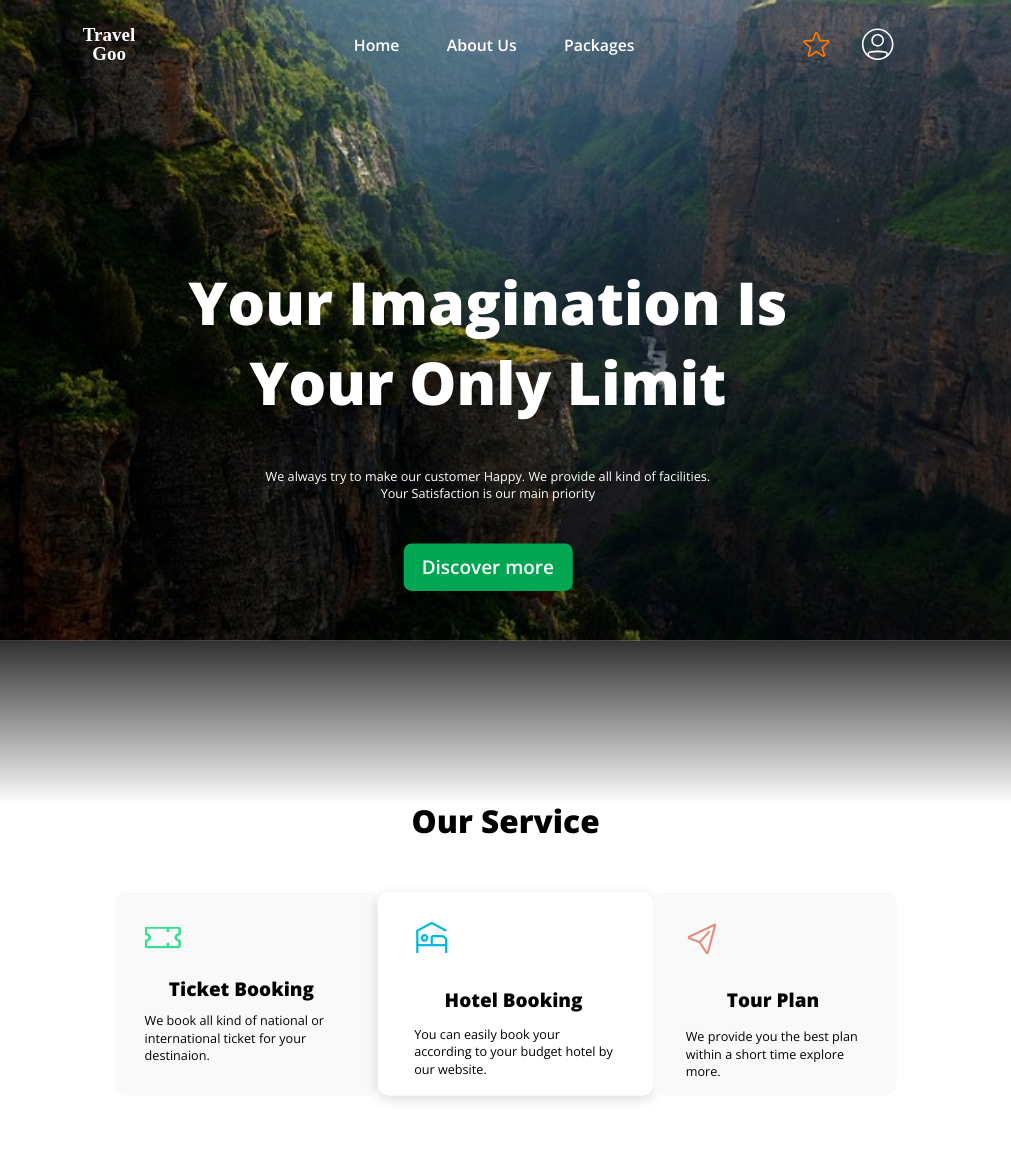
Repository: simralgasimov/back-project
Page: index.html
These files come from the project's save history. The page is drawn as it stood at one moment and after the next save; the edit follows.
The browser window is 1280 px wide. The pictures show the whole page, at 79% of full size.
Some web fonts or font styles are not loaded; a fallback is used.

Above is the page before, as saved 2023-09-27 13:17:52.

### index.html
<!DOCTYPE html>
<html lang="en">
  <head>
    <meta charset="UTF-8" />
    <meta name="viewport" content="width=device-width, initial-scale=1.0" />
    <title>Document</title>
    <link rel="stylesheet" href="./index.css" />
  </head>
  <body>
    <div class="container">
      <div class="navbar">
        <div class="logo">
          Travel
          <div>Goo</div>
        </div>
        <div class="menu">
          <ul>
            <li>Home</li>
            <li>About Us</li>
            <li>Packages</li>
          </ul>
        </div>
        <div class="icon">
          <div class="star">
            <img src="./clarity_favorite-line.svg" alt="" />
          </div>
          <div class="user">
            <img src="./healthicons_ui-user-profile-outline.svg" alt="" />
          </div>
        </div>
      </div>

      <div class="box">
        <h1>Your Imagination Is Your Only Limit</h1>
      </div>

      <div class="text-box">
        <p>
          We always try to make our customer Happy. We provide all kind of
          facilities. Your Satisfaction is our main priority
        </p>
      </div>

      <div class="button"><a href="#">Discover more</a></div>
    </div>

    <div class="container-2">
      <h2>Our Service</h2>
      <div class="services">
        <div class="ticket">
          <img src="./Vector.svg" alt="" />
          <h1>Ticket Booking</h1>
          <p>
            We book all kind of national or international ticket for your
            destinaion.
          </p>
        </div>
        <div class="hotel">
          <img src="./carbon_hotel.svg" alt="" />
          <h1>Hotel Booking</h1>
          <p>
            You can easily book your according to your budget hotel by our
            website.
          </p>
        </div>
        <div class="tour">
          <img src="./cil_paper-plane.svg" alt="" />
          <h1>Tour Plan</h1>
          <p>We provide you the best plan within a short time explore more.</p>
        </div>
      </div>
    </div>
  </body>
</html>

### index.css
@import url("https://fonts.googleapis.com/css2?family=Laila:wght@400;600;700&family=Open+Sans:wght@400;600;800&display=swap");
* {
  padding: 0;
  margin: 0;
  box-sizing: border-box;
}

.container {
  position: relative;
  z-index: 0;
  padding: 32px 145px 63px 100px;
  min-height: 100vh;
  width: auto;
  background-image: url("./canyon-1740973_640.jpg");
  background-repeat: no-repeat;
  background-size: 100% 100%;
}

.container .navbar {
  display: flex;
  justify-content: space-between;
  align-items: center;
  margin: auto;
}

.container .navbar .logo {
  width: 76px;
  color: #fff;
  text-align: center;
  font-family: Laila;
  font-size: 24px;
  font-style: normal;
  font-weight: 700;
  line-height: 102.5%; /* 24.6px */
}

.container .navbar .menu ul {
  list-style-type: none;
  display: flex;
}

.container .navbar .menu ul li {
  color: #fff;
  font-family: Open Sans;
  font-size: 20px;
  font-style: normal;
  font-weight: 600;
  line-height: normal;
  justify-content: space-between;
  margin-left: 60px;
}

.container .navbar .icon {
  display: flex;
  justify-content: space-between;
  align-items: center;
}

.container .navbar .icon .star {
  margin-right: 36px;
  width: 36px;
  height: 36px;
}
.container .navbar .icon .user {
  width: 48px;
  height: 48px;
}

.container .box {
  display: flex;
  justify-content: center;
  text-align: center;
}
.container .box h1 {
  width: 779px;
  color: #fff;
  text-align: center;
  font-family: Open Sans;
  font-size: 75px;
  font-style: normal;
  font-weight: 800;
  line-height: normal;
  margin-top: 250px;
}

.container .text-box {
  margin-top: 57px;
  display: flex;
  justify-content: center;
  text-align: center;
}
.container .text-box p {
  width: 568px;
  color: #fff;
  text-align: center;
  font-family: Open Sans;
  font-size: 16px;
  font-style: normal;
  font-weight: 400;
  line-height: normal;
}

.container .button {
  border: none;
  width: 214px;
  height: 60px;
  border-radius: 10px;
  background: #00a651;
  display: flex;
  margin: auto;
  margin-top: 52px;
}

.container .button a {
  /* display: flex;
    justify-content: center;
    text-align: center;
    align-items: center; */
  margin: auto;
  text-decoration: none;
  color: #fff;
  text-align: center;
  font-family: Open Sans;
  font-size: 24px;
  font-style: normal;
  font-weight: 600;
  line-height: normal;
}

.container-2 {
  padding: 200px 145px 88px 145px;
  background: linear-gradient(
    180deg,
    rgba(0, 0, 0, 0.81) 0%,
    rgba(72, 72, 72, 0) 31.25%,
    rgba(158, 158, 158, 0) 77.6%,
    #fff 85.42%
  );
}

.container-2 h2 {
  margin-bottom: 63px;
  /* display: flex;
        text-align: center;
        justify-content: center; */
  color: #000;
  text-align: center;
  font-family: Open Sans;
  font-size: 40px;
  font-style: normal;
  font-weight: 700;
  line-height: normal;
}

.container-2 .services {
  display: flex;
  /* margin: auto; */
  justify-content: space-between;
}

.container-2 .services .ticket {
  padding: 44px 50px 20px 38px;
  /* width: 416px;
height: 232px; */
  border-radius: 15px;
  background: #f9f9f9;
}

.container-2 .services .ticket h1 {
  margin-top: 30px;
  margin-bottom: 13px;
  color: #000;
  text-align: center;
  font-family: Open Sans;
  font-size: 24px;
  font-style: normal;
  font-weight: 700;
  line-height: normal;
}

.container-2 .services .ticket p {
  color: #000;
  font-family: Open Sans;
  font-size: 16px;
  font-style: normal;
  font-weight: 400;
  line-height: normal;
}

.container-2 .services .hotel {
  padding: 35px 51px 20px 46px;
  border-radius: 15px;
  background: #fff;
  box-shadow: 0px 4px 16px 0px rgba(0, 0, 0, 0.15);
}

.container-2 .services .hotel h1 {
  margin-top: 36px;
  margin-bottom: 16px;
  color: #000;
  text-align: center;
  font-family: Open Sans;
  font-size: 24px;
  font-style: normal;
  font-weight: 700;
  line-height: normal;
}

.container-2 .services .hotel p {
  color: #000;
  font-family: Open Sans;
  font-size: 16px;
  font-style: normal;
  font-weight: 400;
  line-height: normal;
}

.container-2 .services .tour {
  padding: 39px 46px 20px 41px;
  border-radius: 15px;
  background: #f9f9f9;
}

.container-2 .services .tour h1 {
  margin-top: 36px;
  margin-bottom: 19px;
  color: #000;
  text-align: center;
  font-family: Open Sans;
  font-size: 24px;
  font-style: normal;
  font-weight: 700;
  line-height: normal;
}
.container-2 .services .tour p {
  color: #000;
  font-family: Open Sans;
  font-size: 16px;
  font-style: normal;
  font-weight: 400;
  line-height: normal;
}

After the next save:
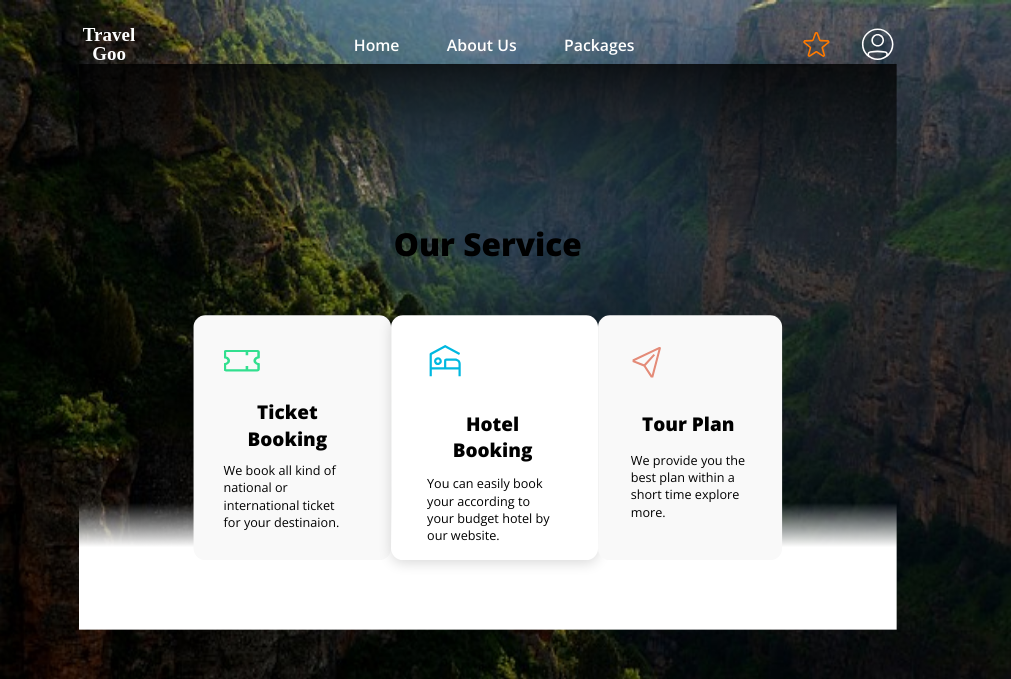
Saved 5 min 28 s later.
--- a/index.html
+++ b/index.html
@@ -30,19 +30,6 @@
         </div>
       </div>
 
-      <div class="box">
-        <h1>Your Imagination Is Your Only Limit</h1>
-      </div>
-
-      <div class="text-box">
-        <p>
-          We always try to make our customer Happy. We provide all kind of
-          facilities. Your Satisfaction is our main priority
-        </p>
-      </div>
-
-      <div class="button"><a href="#">Discover more</a></div>
-    </div>
 
     <div class="container-2">
       <h2>Our Service</h2>

After the 2 saves that followed:
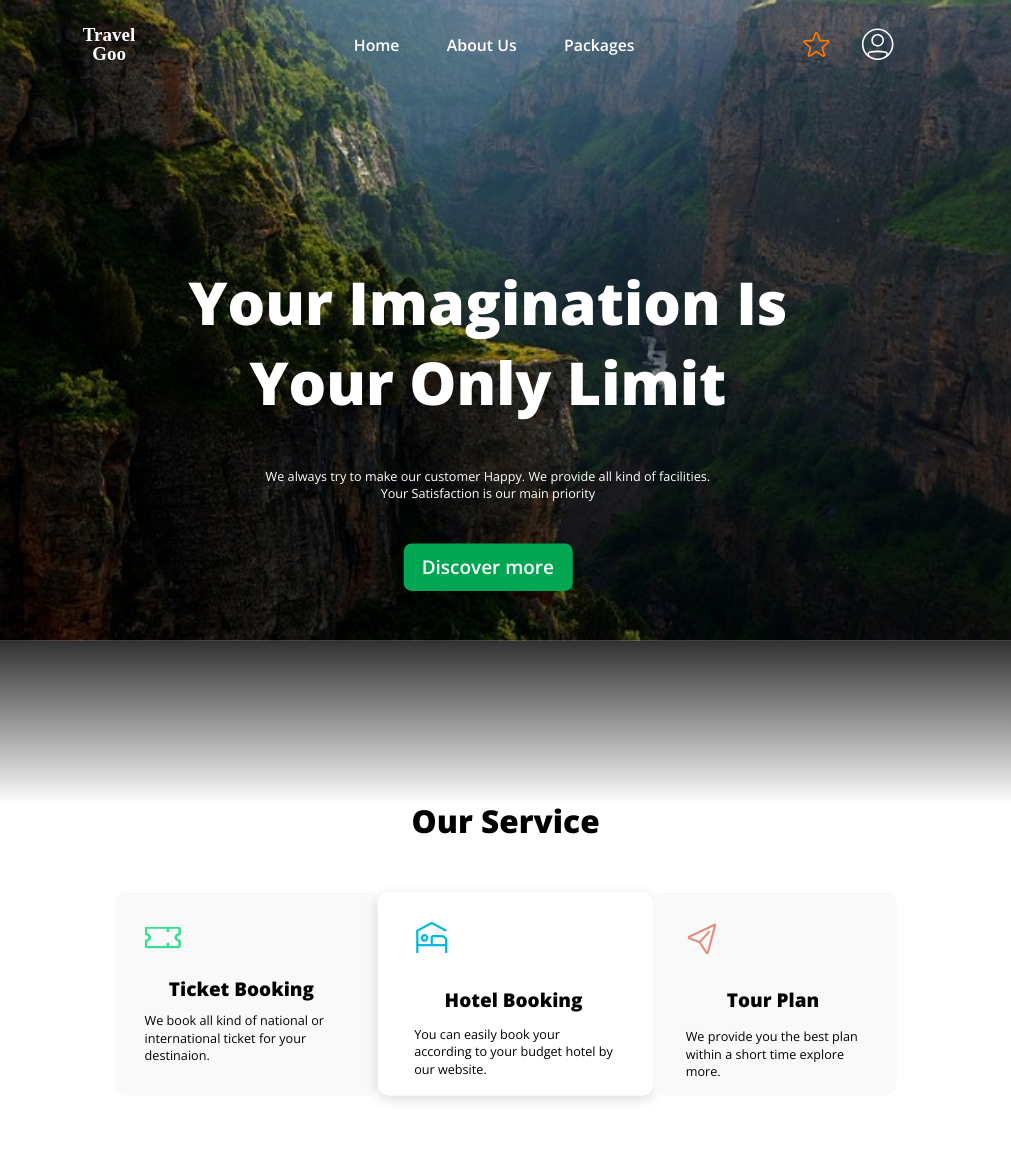
The 2 saves are shown as one change because they came seconds apart.
The last was saved 8 s later.
--- a/index.html
+++ b/index.html
@@ -29,7 +29,21 @@
           </div>
         </div>
       </div>
+<div class="container-1">
+  <div class="box">
+    <h1>Your Imagination Is Your Only Limit</h1>
+  </div>
 
+  <div class="text-box">
+    <p>
+      We always try to make our customer Happy. We provide all kind of
+      facilities. Your Satisfaction is our main priority
+    </p>
+  </div>
+
+  <div class="button"><a href="#">Discover more</a></div>
+</div>
+</div>
 
     <div class="container-2">
       <h2>Our Service</h2>
